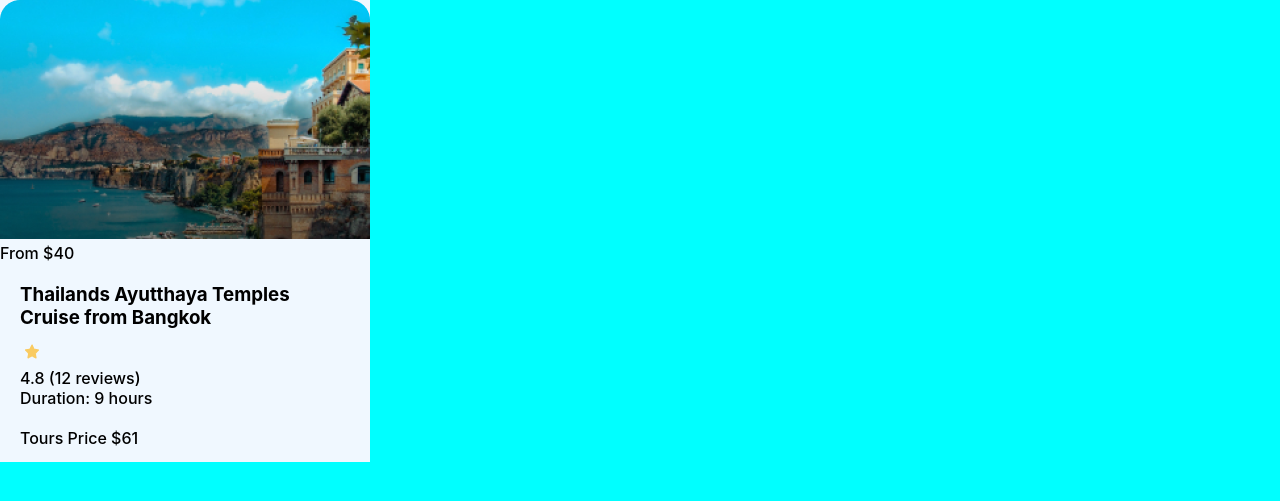
Repository: nguyentuankiet-k61/K_IT-demo
Page: index.html
The author's editor kept a copy of each file at every save. The page is drawn from the files as they stood at one save, then again after the next save.
The browser window is 1280 px wide. The pictures show the whole page.
Some web fonts or font styles are not loaded; a fallback is used.

Above is the page before, as saved 2022-09-29 15:12:20.

After the next save:
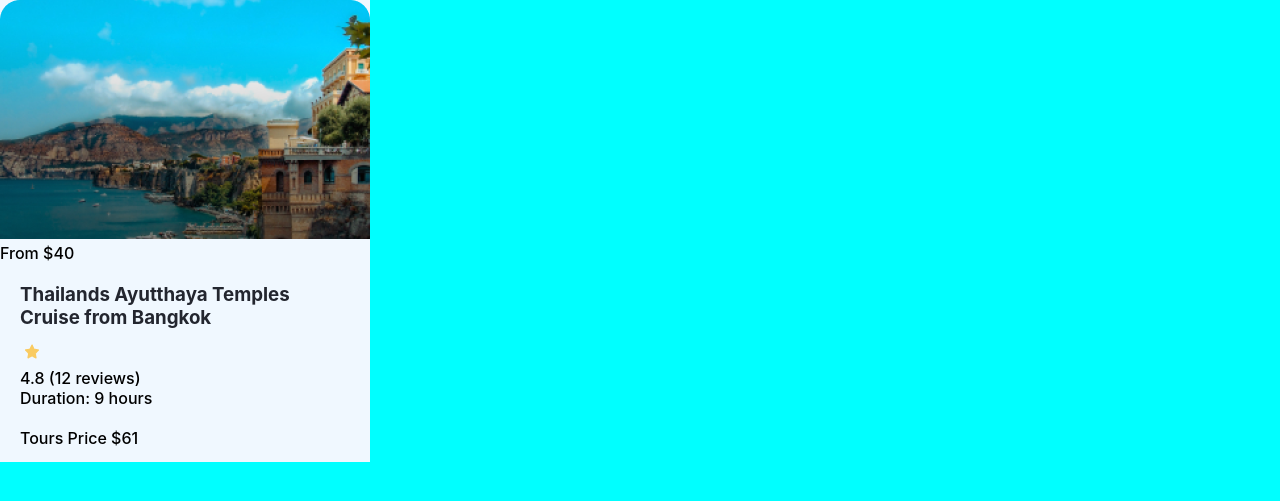
Saved 33 s later.
--- a/CSS/app.css
+++ b/CSS/app.css
@@ -18,7 +18,7 @@ body{
    padding: 20px 20px 14px 20px;
 }
 .Tours_title{
-
+    color: #23262F;
     margin-bottom: 10px;
 }
 .Tours_ratting{
